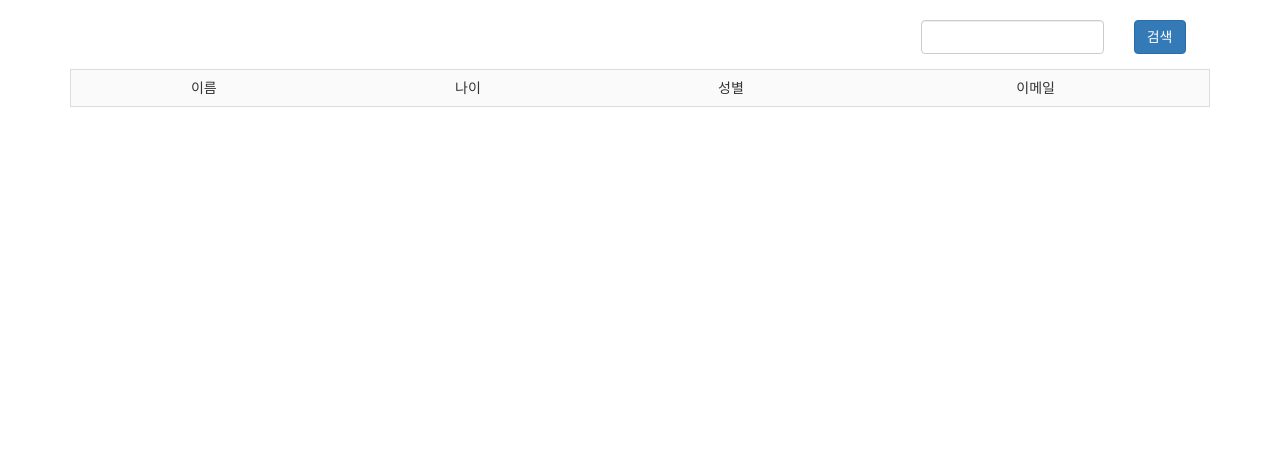
Repository: pojh5090/AJAX
Page: http://localhost/Ajax/
An editor plug-in stored every save of this project. The page is shown before and after the next save, followed by the edit.
The browser window is 1280 px wide. The pictures show the whole page.
Some web libraries are served in a nearby version. The page is served by Tomcat 9. Queries for data that is not in the repository find no rows.

Above is the page before, as saved 2020-03-04 11:21:30.

After the next save:
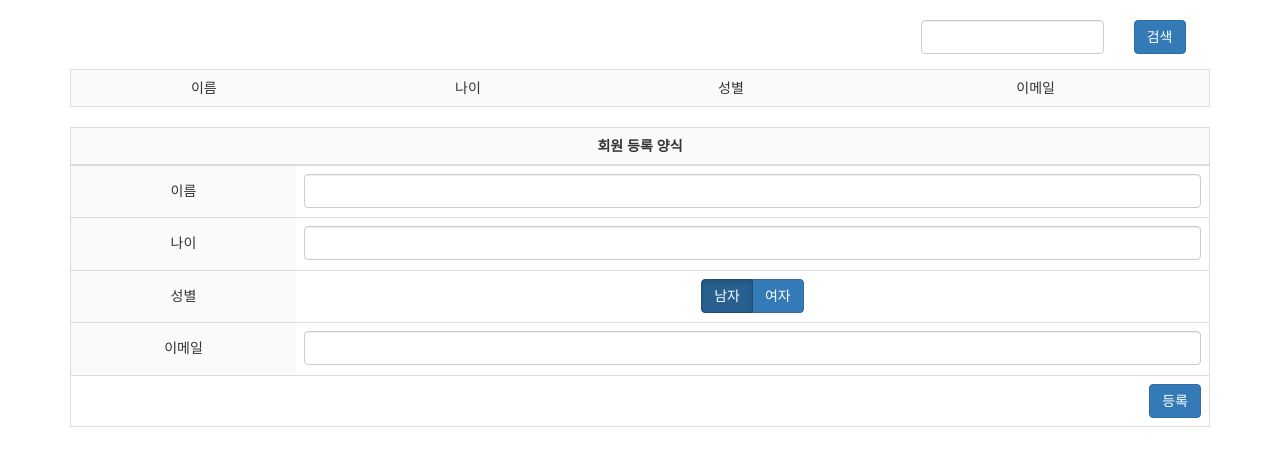
Saved 18 min 16 s later.
--- a/Ajax/WebContent/index.jsp
+++ b/Ajax/WebContent/index.jsp
@@ -60,5 +60,44 @@
 			</tbody>
 		</table>
 	</div>
+	<div class="container">
+		<table class="table" style="text-align: center; border: 1px solid #dddddd">
+			<thead>
+				<tr>
+					<th colspan="2" style="background-color: #fafafa; text-align:center;">회원 등록 양식</th>
+				</tr>
+			</thead>
+			<tbody>
+				<tr>
+					<td style="background-color: #fafafa; text-align:center;"><h5>이름</h5></td>
+					<td><input class="form-control" type="text" id="registerName" size="20"></td>
+				</tr>
+				<tr>
+					<td style="background-color: #fafafa; text-align:center;"><h5>나이</h5></td>
+					<td><input class="form-control" type="text" id="registerAge" size="20"></td>
+				</tr>
+				<tr>
+					<td style="background-color: #fafafa; text-align:center;"><h5>성별</h5></td>
+					<td>
+						<div class="form-group" style="text-align: center; margin: 0 auto;">
+							<div class="btn-group" data-toggle="buttons">
+								<label class="btn btn-primary active">
+									<input type="radio" name="registerGender" autocomplete="off" value="남자" checked>남자
+								</label>
+								<label class="btn btn-primary">
+									<input type="radio" name="registerGender" autocomplete="off" value="여자">여자
+								</label>
+							</div>
+					</td>
+				</tr>
+				<tr>
+					<td style="background-color: #fafafa; text-align:center;"><h5>이메일</h5></td>
+					<td><input class="form-control" type="text" id="registerEmail" size="20"></td>
+				</tr>
+				<tr>
+					<td colspan="2"><button class="btn btn-primary pull-right" onclick="registerFunction();" type="button">등록</button></td>
+				</tr>
+			</tbody>
+	</div>
 </body>
 </html>
